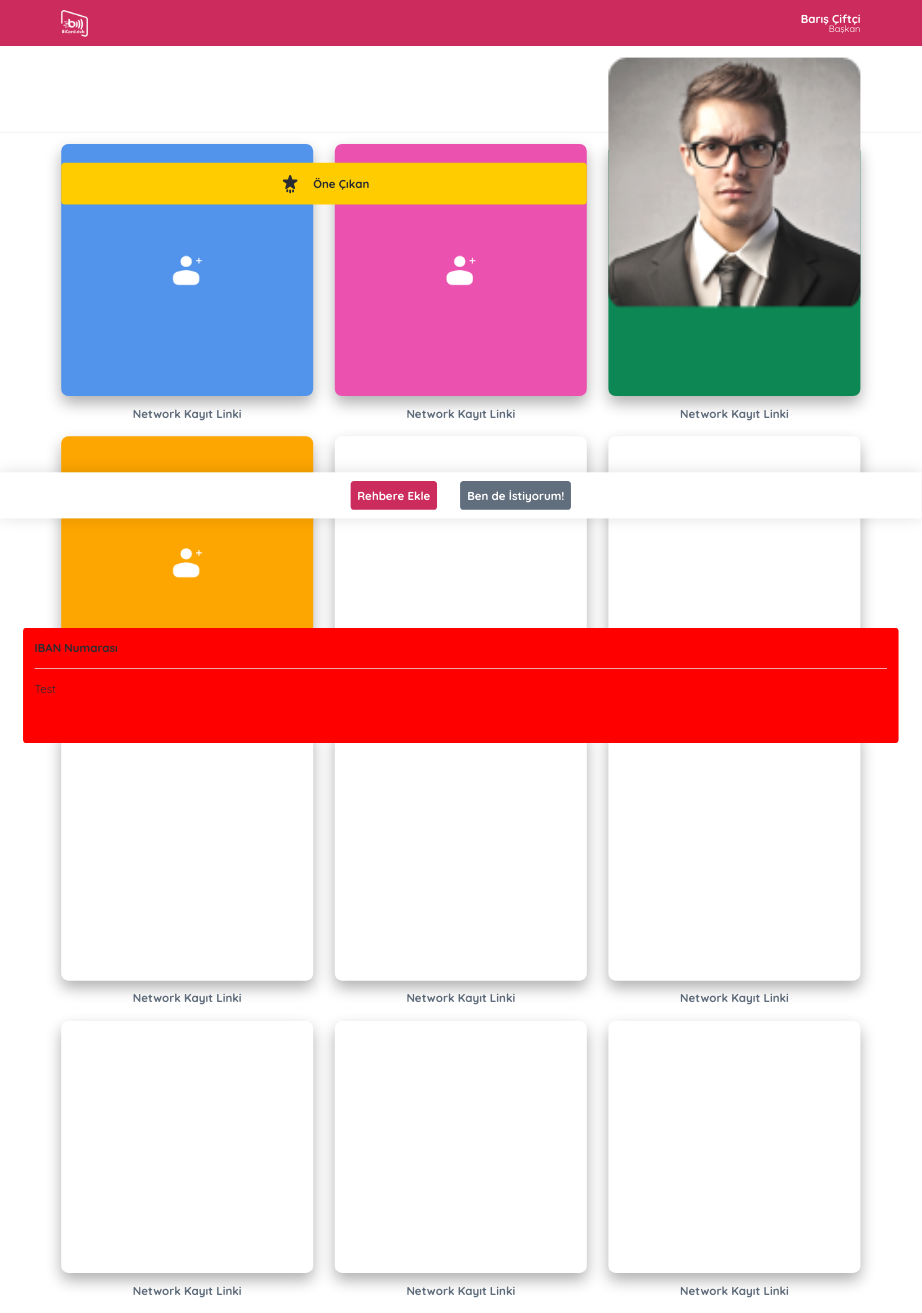
Repository: KayahanKahriman/bicard
Page: index.html
An editor plug-in stored every save of this project. The page is shown before and after the next save, followed by the edit.
The browser window is 1280 px wide. The pictures show the whole page, at 72% of full size.
The style sheet was rebuilt from its Sass, Less or Tailwind sources for each picture, by a compiler version that may differ from the author's.

Above is the page before, as saved 2021-12-02 10:02:12.

After the next save:
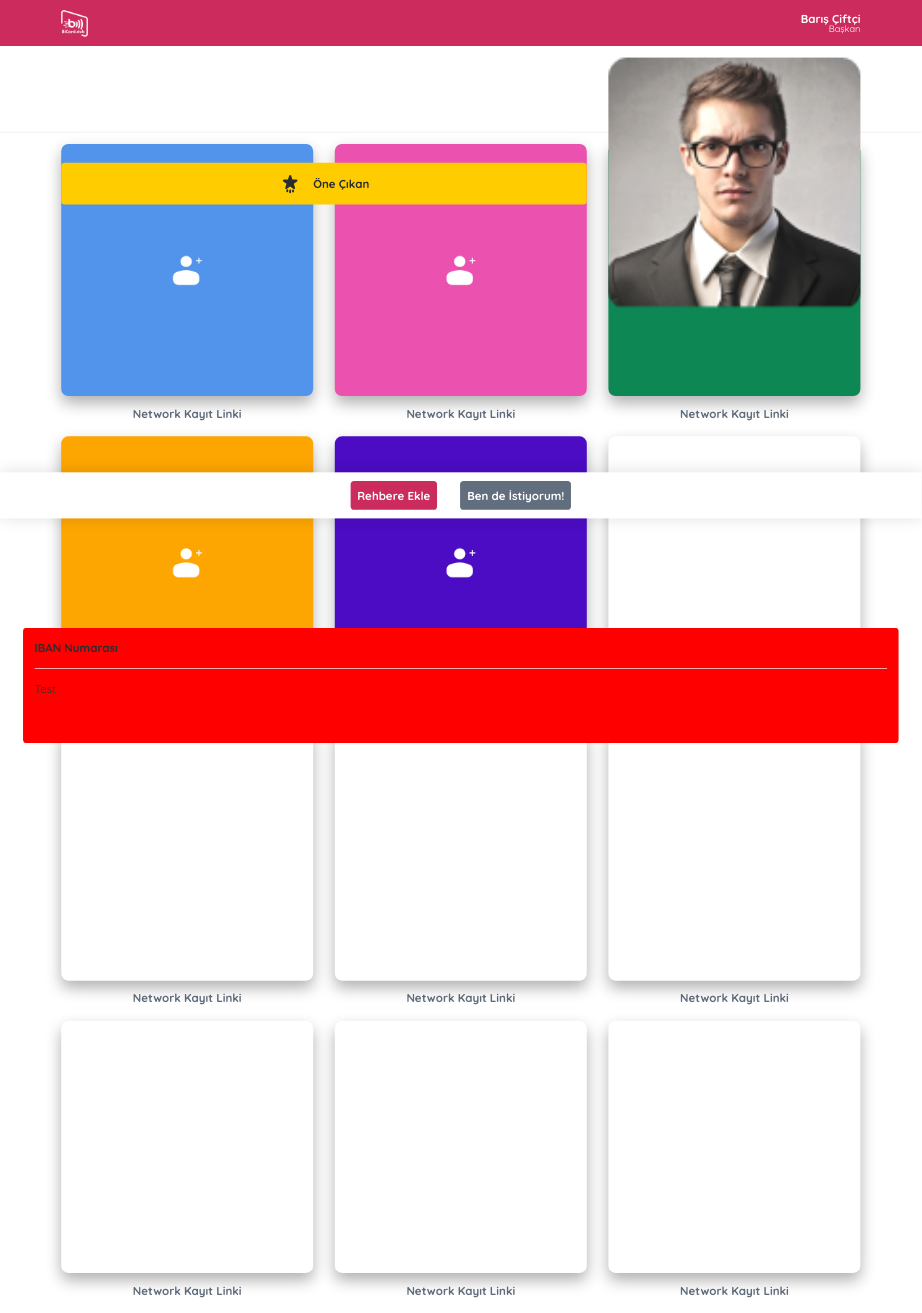
Saved 26 s later.
--- a/index.html
+++ b/index.html
@@ -94,7 +94,7 @@
                 </div>
                 <div class="col-4 mb-4">
                     <div class="icon-grid-item">
-                        <div class="icon-grid-item-icon">
+                        <div class="icon-grid-item-icon" style="background-color: #4c0cc4;">
                             <a href="#">
                                 <img src="./assets/images/user-add.png" alt="">
                             </a>
